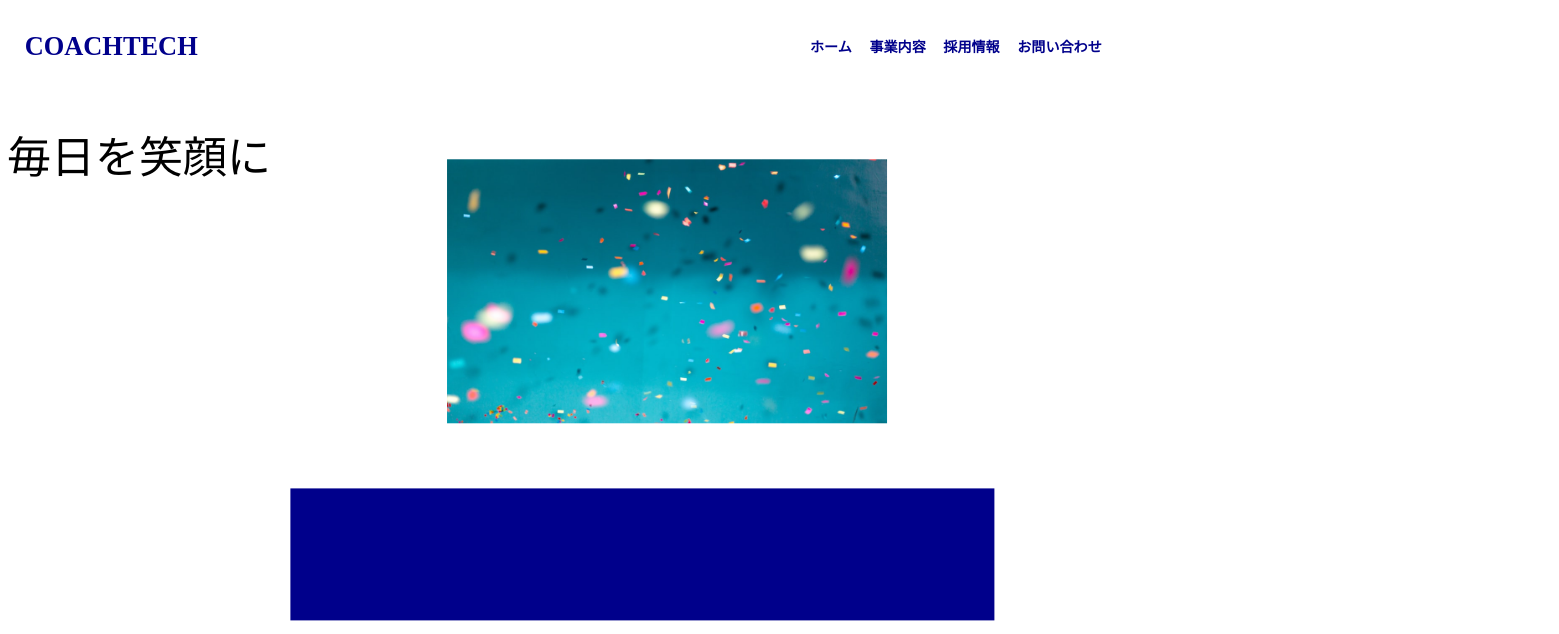
Repository: moro-ayu3/20230213_morohoshi
Page: index.html
An editor plug-in stored every save of this project. The page is shown before and after the next save, followed by the edit.
The browser window is 1280 px wide. The page is 1772 px wide, so the pictures cover 1772 px, including what lies to the right of the window. The pictures show the whole page, at 88% of full size.

Above is the page before, as saved 2023-02-14 10:36:46.

### index.html
<!DOCTYPE html>
<html lang="ja">

  <head>
    <meta charset="UTF-8" />
    <meta name="viewport" content="width=device-width, initial-scale=1.0" />
    <title>css演習問題</title>
    <link rel="stylesheet" href="./style.css">
  </head>

  <body>
   <header class="header">
    <h1 class="header-ttl">
     COACHTECH
    </h1>
    <ul class="header-list">
      <li class="header-item">ホーム</li><li class="header-item">事業内容</li><li class="header-item">採用情報</li><li class="header-item">お問い合わせ</li>
   </ul>
   </header>
   <main>
    <div>
    <div class="flex">
     <p class="main-ttl">毎日を笑顔に</p>
     <div class="relative img">
      <img src="img/firstview.jpeg" width="500" height="300"alt="firstview">
     </div>
    </div>
     <div class="absolute blue-box"></div>
    </div>
   </main>
  </body>

</html>

### style.css
.header {
  display: flex;
  justify-content: space-between;
  align-items: center;
  margin-top: 15px;
  color: #00008b;
}

.header-ttl {
  font-size: 30px;
  margin-left: 20px;
}

.header-list {
  display: flex;
  font-weight: bold;
  list-style: none;
}

.header-item {
  margin-right: 20px;
}

.main-ttl {
  display: flex;
  flex-direction: row;
  color: black;
  font-size: 50px;
}

.relative {
  position: relative;
  bottom: 80px;
  left: 500px;
  z-index: 10;
}

.img {
  width: 100%;
  height: auto;
}

.absolute {
  position: absolute;
  bottom: 15px;
  right: 150px;
  z-index: 0;
}

.blue-box {
  display: flex;
  width: 800px;
  height: 150px;
  background-color: #00008b;
}

After the next save:
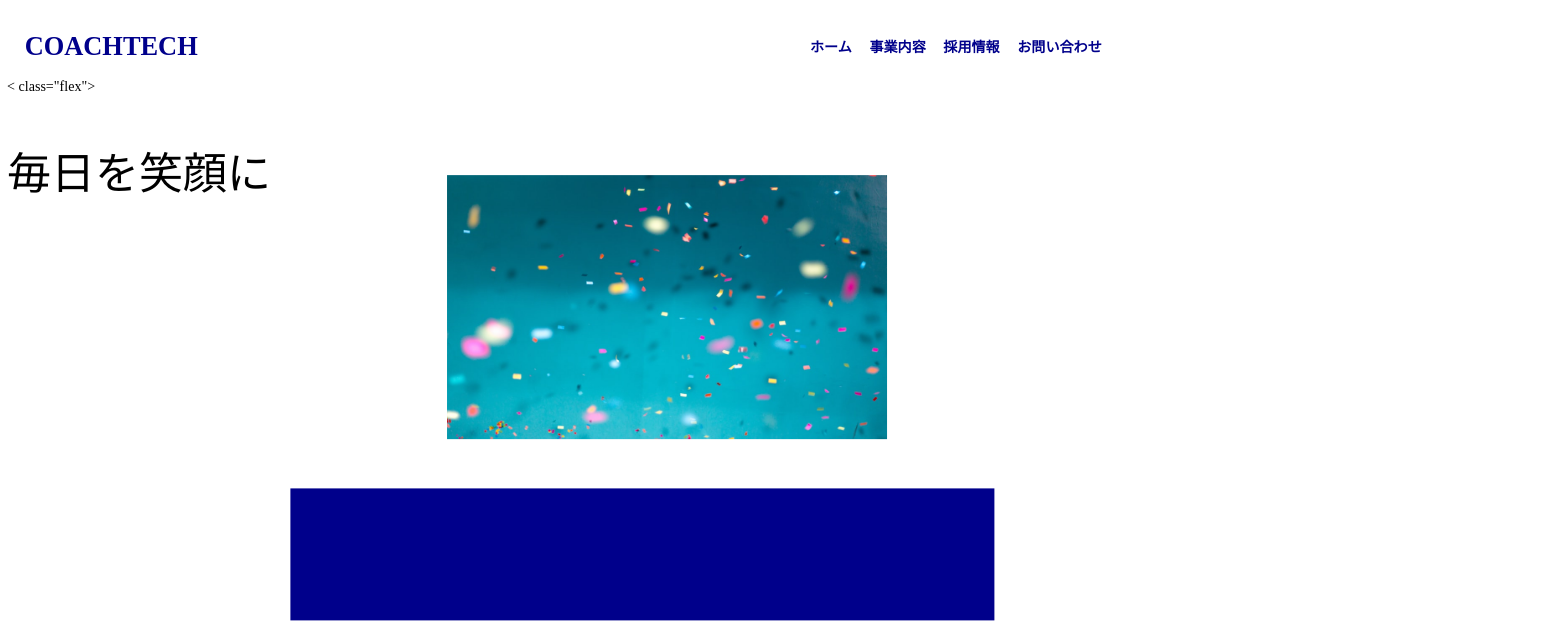
Saved 10 s later.
--- a/index.html
+++ b/index.html
@@ -19,12 +19,11 @@
    </header>
    <main>
     <div>
-    <div class="flex">
+    < class="flex">
      <p class="main-ttl">毎日を笑顔に</p>
      <div class="relative img">
       <img src="img/firstview.jpeg" width="500" height="300"alt="firstview">
      </div>
-    </div>
      <div class="absolute blue-box"></div>
     </div>
    </main>
